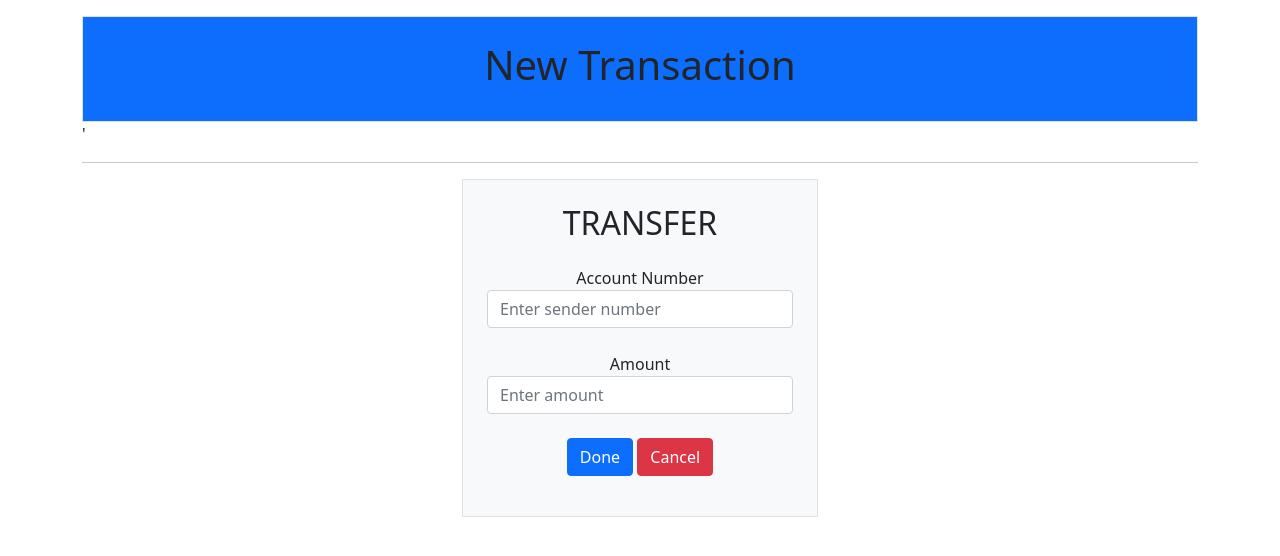
Repository: RMVLajaykumar/monojavaee
Page: http://localhost/13-bankapplication-demo/transaction.jsp
The author's editor kept a copy of each file at every save. The page is drawn from the files as they stood at one save, then again after the next save.
The browser window is 1280 px wide. The pictures show the whole page.
The page is served by Tomcat 9. Nobody is signed in. The application's start-up code is not run.

Above is the page before, as saved 2024-07-20 19:07:52.

After the next save:
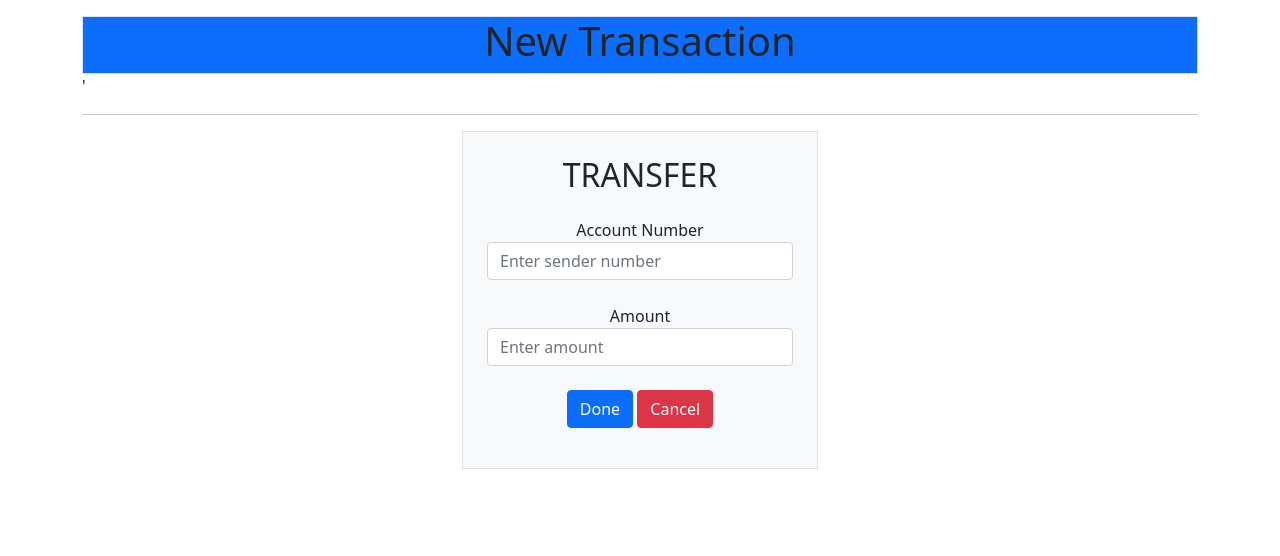
Saved 12 s later.
--- a/13-bankapplication-demo/WebContent/transaction.jsp
+++ b/13-bankapplication-demo/WebContent/transaction.jsp
@@ -16,7 +16,7 @@
   <div class="container mt-3">
     <div class="row justify-content-center">
       <div class="col-12">
-        <div class="p-4 border bg-primary text-center">
+        <div class=" border bg-primary text-center">
           <h1>New Transaction</h1>
 
 
